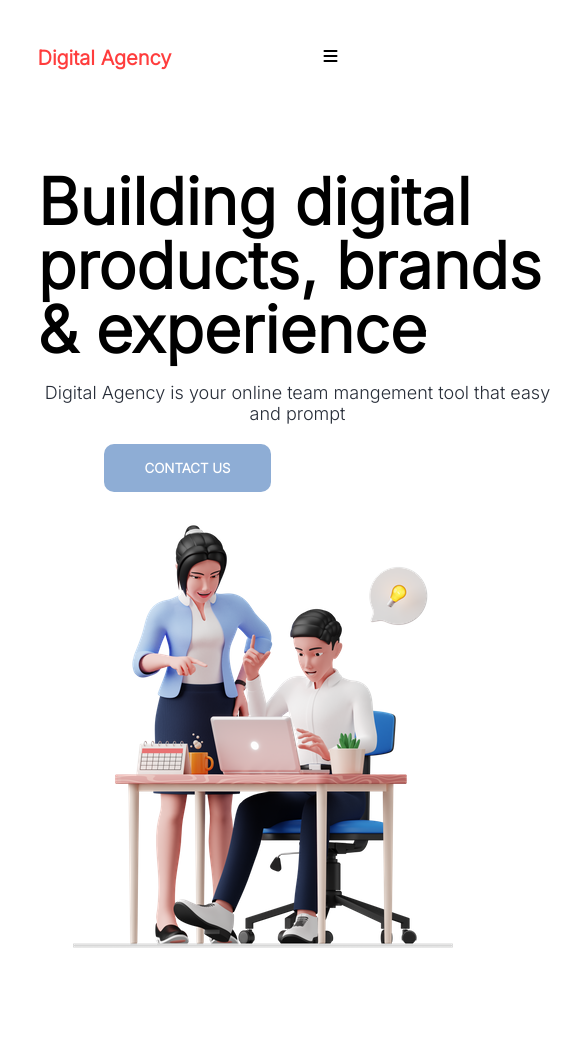
Repository: ThuatDev/fullstack_devc
Page: index.html
These files come from the project's save history. The page is drawn as it stood at one moment and after the next save; the edit follows.
The browser window is 375 px wide. The page is 578 px wide, then 558 px, so the pictures cover 578 px, including what lies to the right of the window. The pictures show the whole page.

Above is the page before, as saved 2022-11-09 18:02:01.

After the next save:
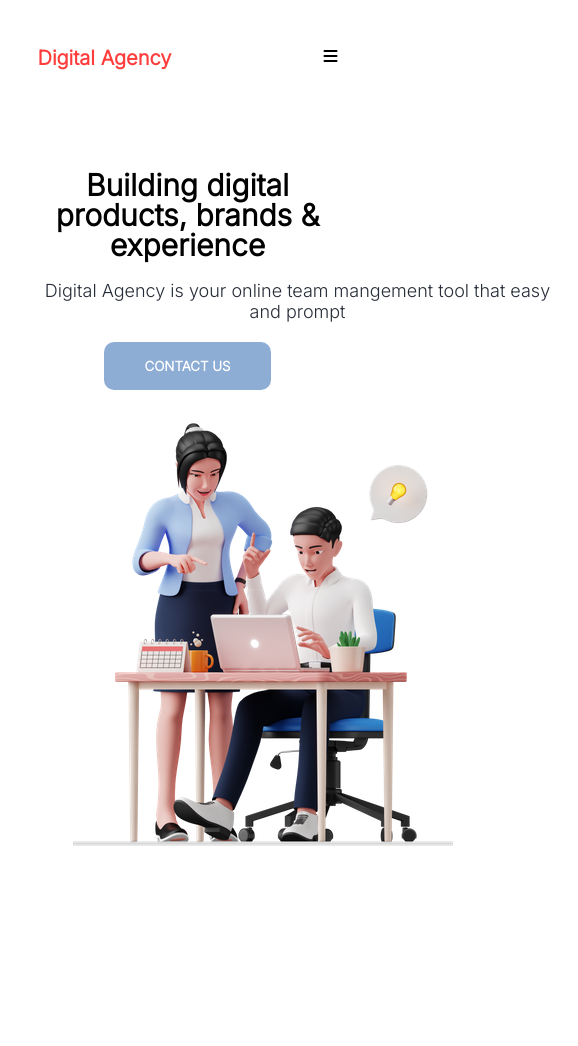
Saved 73 s later.
--- a/reposive.css
+++ b/reposive.css
@@ -24,10 +24,10 @@
   .h-section {
     flex-direction: column;
   }
-  #item-1 {
+  .h-section .h-section__left h2 {
     text-align: center;
-    font-size: 30px;
-    width: 100%;
+    font-size: 30px !important;
+    width: 100% !important;
   }
   .h-section .h-section__left p {
     margin-top: 20px;
